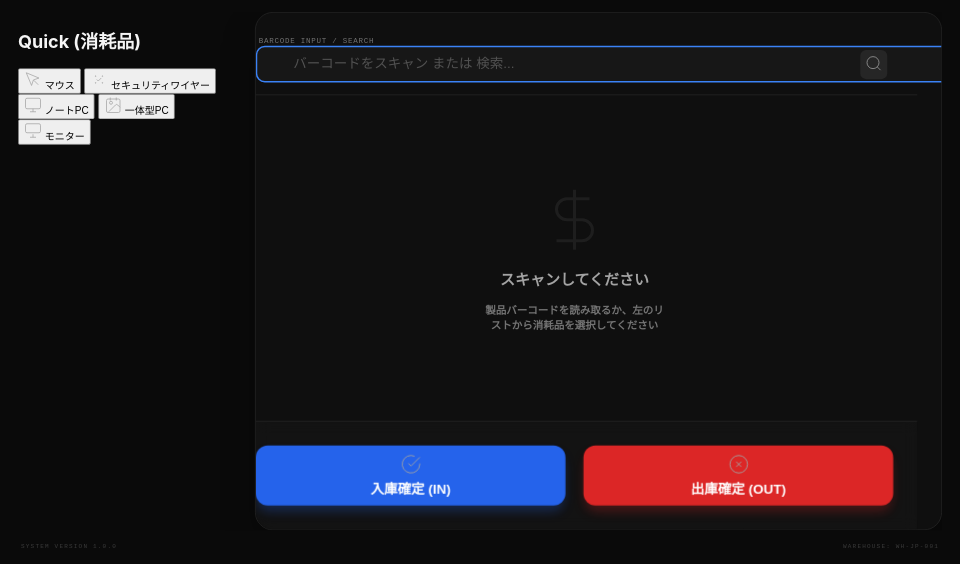
Repository: t-morika/Souko2_app
Page: index.html
An editor plug-in stored every save of this project. The page is shown before and after the next save, followed by the edit.
The browser window is 1280 px wide. The pictures show the whole page, at 75% of full size.
The page's requests for data from a server got no answer.

Above is the page before, as saved 2026-04-30 11:04:01.

After the next save:
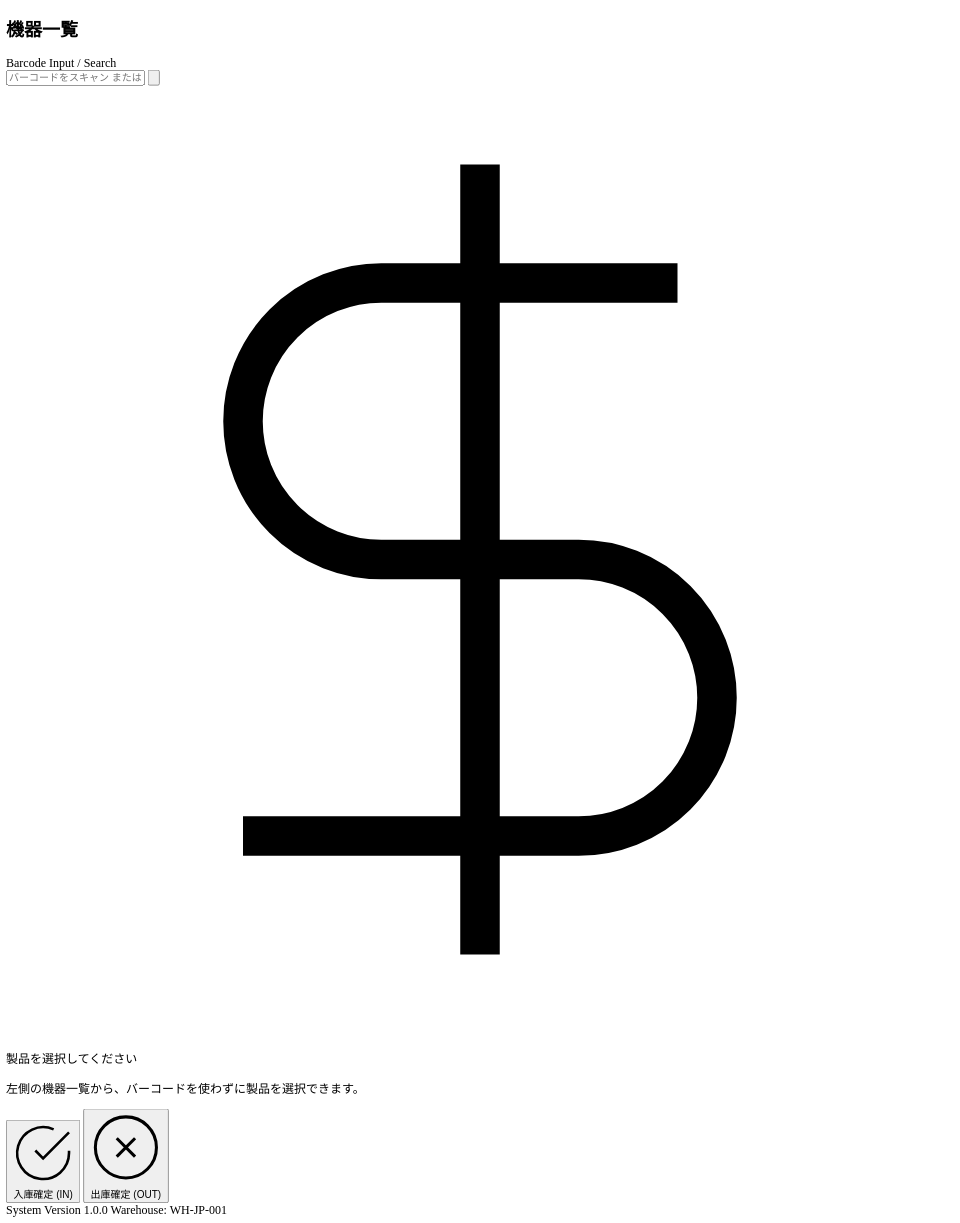
Not found: static/test-style.css
Saved 104 min 13 s later.
--- a/index.html
+++ b/index.html
@@ -3,63 +3,23 @@
 <head>
     <meta charset="UTF-8">
     <meta name="viewport" content="width=device-width, initial-scale=1.0">
-    <title>PC機器在庫管理</title>
-    <link rel="stylesheet" href="/static/style.css">
+    <title>PC機器在庫管理 - 機器一覧版</title>
+    <link rel="stylesheet" href="/static/test-style.css">
+
 </head>
 <body>
     <div class="app">
         <main class="main">
-            <!-- Quick Selection Section -->
-            <section class="quick-section">
-                <h2 class="section-title">Quick (消耗品)</h2>
-                <div class="quick-grid">
-                    <button class="quick-btn" data-product-id="1">
-                        <svg class="icon" viewBox="0 0 24 24" fill="none" stroke="currentColor">
-                            <path d="M3 3l7.07 16.97 2.51-7.39 7.39-2.51L3 3z"></path>
-                            <path d="M13 13l6 6"></path>
-                        </svg>
-                        <span>マウス</span>
-                    </button>
-                    <button class="quick-btn" data-product-id="2">
-                        <svg class="icon" viewBox="0 0 24 24" fill="none" stroke="currentColor">
-                            <path d="M9 12l2 2 4-4"></path>
-                            <circle cx="7.5" cy="7.5" r=".5"></circle>
-                            <circle cx="16.5" cy="7.5" r=".5"></circle>
-                            <circle cx="7.5" cy="16.5" r=".5"></circle>
-                            <circle cx="16.5" cy="16.5" r=".5"></circle>
-                        </svg>
-                        <span>セキュリティワイヤー</span>
-                    </button>
-                    <button class="quick-btn" data-product-id="3">
-                        <svg class="icon" viewBox="0 0 24 24" fill="none" stroke="currentColor">
-                            <rect width="20" height="14" x="2" y="3" rx="2"></rect>
-                            <line x1="8" x2="16" y1="21" y2="21"></line>
-                            <line x1="12" x2="12" y1="17" y2="21"></line>
-                        </svg>
-                        <span>ノートPC</span>
-                    </button>
-                    <button class="quick-btn" data-product-id="4">
-                        <svg class="icon" viewBox="0 0 24 24" fill="none" stroke="currentColor">
-                            <rect width="18" height="18" x="3" y="4" rx="2" ry="2"></rect>
-                            <line x1="16" x2="16" y1="2" y2="6"></line>
-                            <line x1="8" x2="8" y1="2" y2="6"></line>
-                            <circle cx="9" cy="9" r="2"></circle>
-                            <path d="m21 15-3.086-3.086a2 2 0 0 0-2.828 0L6 21"></path>
-                        </svg>
-                        <span>一体型PC</span>
-                    </button>
-                    <button class="quick-btn" data-product-id="5">
-                        <svg class="icon" viewBox="0 0 24 24" fill="none" stroke="currentColor">
-                            <rect width="20" height="12" x="2" y="3" rx="2"></rect>
-                            <line x1="8" x2="16" y1="21" y2="21"></line>
-                            <line x1="12" x2="12" y1="17" y2="21"></line>
-                        </svg>
-                        <span>モニター</span>
-                    </button>
+            <section class="list-section">
+                <h2 class="section-title">機器一覧</h2>
+                <div class="category-buttons" id="category-buttons">
+                    <!-- カテゴリボタン -->
+                </div>
+                <div class="list-grid" id="device-list">
+                    <!-- 製品カードがここに入ります -->
                 </div>
             </section>
 
-            <!-- Info & Quantity Section -->
             <section class="product-section" id="product-section">
                 <div class="barcode-input-container product-panel-barcode">
                     <label class="input-label">Barcode Input / Search</label>
@@ -79,45 +39,14 @@
                     </div>
                 </div>
                 <div class="product-detail" id="product-detail">
-                    <div class="product-header">
-                        <div class="product-info">
-                            <span class="category-label" id="category-label">カテゴリ</span>
-                            <h1 class="product-name" id="product-name">製品を選択してください</h1>
-                        </div>
-                        <button id="clear-product" class="clear-btn">
-                            <svg class="icon" viewBox="0 0 24 24" fill="none" stroke="currentColor">
-                                <path d="M3 6h18"></path>
-                                <path d="M19 6v14c0 1-1 2-2 2H7c-1 0-2-1-2-2V6"></path>
-                                <path d="M8 6V4c0-1 1-2 2-2h4c1 0 2 1 2 2v2"></path>
-                            </svg>
-                        </button>
-                    </div>
-
-                    <div class="product-tags" id="product-tags">
-                        <!-- Tags will be populated here -->
-                    </div>
-
-                    <!-- Quantity Adjustment -->
-                    <div class="quantity-adjust">
-                        <span class="section-label">Adjust Quantity</span>
-                        <div class="quantity-controls">
-                            <button id="quantity-minus" class="quantity-btn">
-                                <svg class="icon" viewBox="0 0 24 24" fill="none" stroke="currentColor">
-                                    <path d="M5 12h14"></path>
-                                </svg>
-                            </button>
-                            <input type="number" id="quantity" min="1" value="1" class="quantity-input">
-                            <button id="quantity-plus" class="quantity-btn">
-                                <svg class="icon" viewBox="0 0 24 24" fill="none" stroke="currentColor">
-                                    <path d="M12 5v14"></path>
-                                    <path d="M5 12h14"></path>
-                                </svg>
-                            </button>
-                        </div>
+                    <div class="placeholder">
+                        <svg class="icon" viewBox="0 0 24 24" fill="none" stroke="currentColor">
+                            <path d="M12 2v20M17 5H9.5a3.5 3.5 0 0 0 0 7h5a3.5 3.5 0 0 1 0 7H6"></path>
+                        </svg>
+                        <p>製品を選択してください</p>
+                        <p class="description">左側の機器一覧から、バーコードを使わずに製品を選択できます。</p>
                     </div>
                 </div>
-
-                <!-- Execution Section -->
                 <div class="execution-section">
                     <button id="stock-in" class="action-btn in-btn">
                         <svg class="icon" viewBox="0 0 24 24" fill="none" stroke="currentColor">
@@ -137,16 +66,12 @@
                 </div>
             </section>
         </main>
-
-        <!-- Notifications -->
         <div class="notifications" id="notifications"></div>
-
-        <!-- Footer -->
         <footer class="footer">
             <span>System Version 1.0.0</span>
             <span>Warehouse: WH-JP-001</span>
         </footer>
     </div>
-    <script src="/static/script.js"></script>
+    <script src="/static/script-list.js"></script>
 </body>
 </html>

After the save that followed:
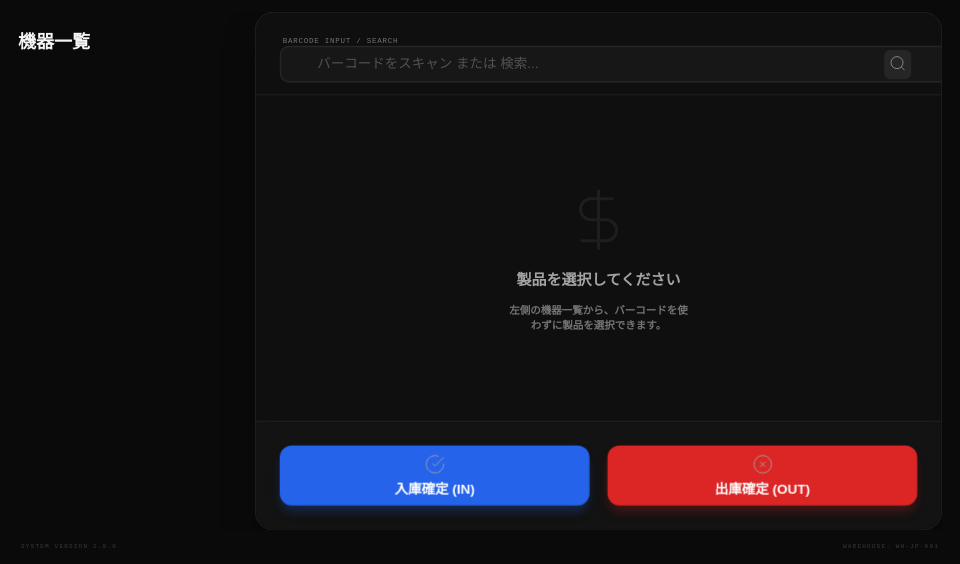
Saved 96 s later.
--- a/index.html
+++ b/index.html
@@ -4,8 +4,7 @@
     <meta charset="UTF-8">
     <meta name="viewport" content="width=device-width, initial-scale=1.0">
     <title>PC機器在庫管理 - 機器一覧版</title>
-    <link rel="stylesheet" href="/static/test-style.css">
-
+    <link rel="stylesheet" href="/static/style.css">
 </head>
 <body>
     <div class="app">
